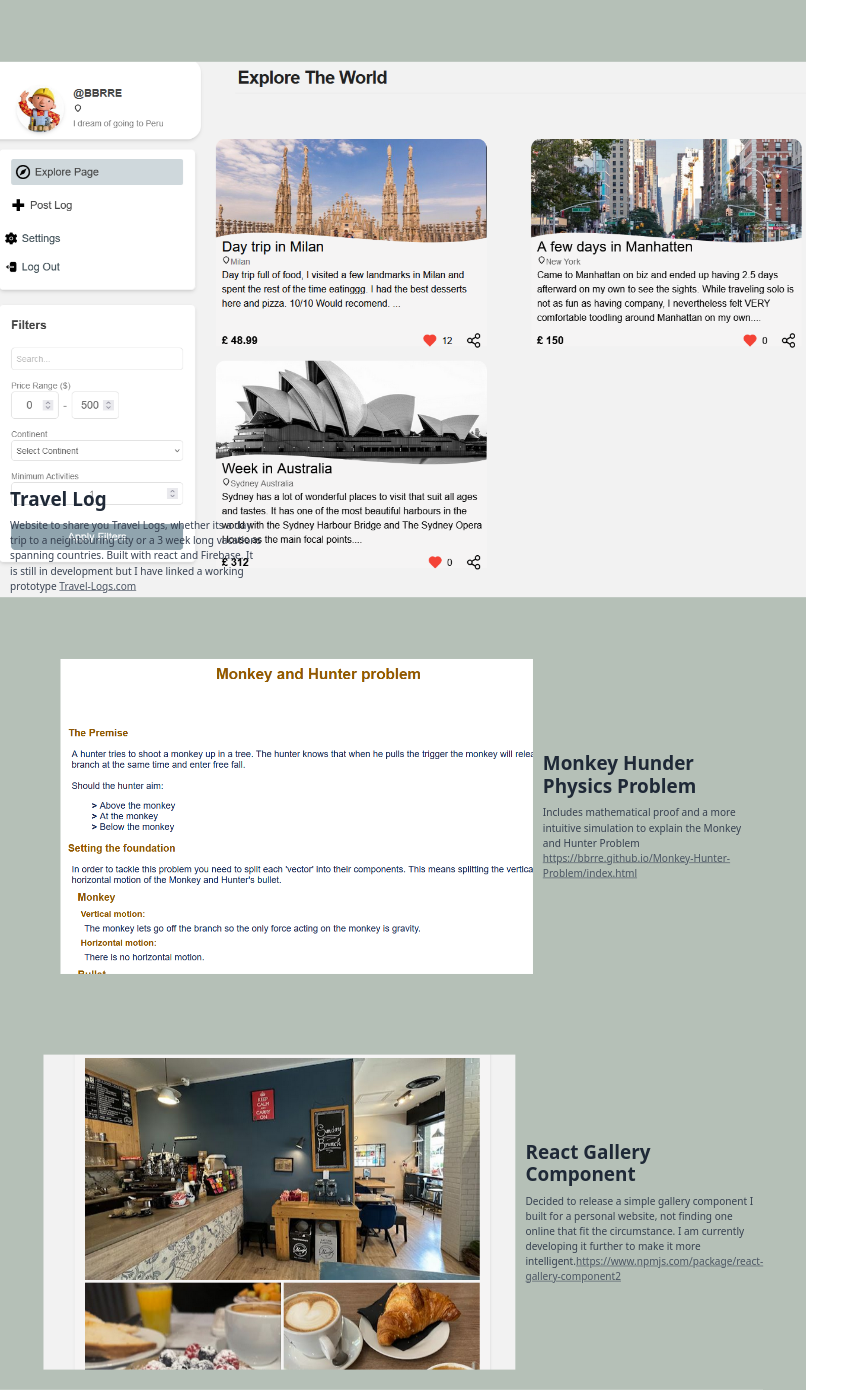
Repository: BBRRE/Portfolio-V2
Page: /#/Computer-Sci
The author's editor kept a copy of each file at every save. The page is drawn from the files as they stood at one save, then again after the next save.
The browser window is 1280 px wide. The page is 1280 px wide, then 1360 px, then 1280 px, so the pictures cover 1360 px, including what lies to the right of the window. The pictures show the whole page, at 63% of full size.
Some web fonts or font styles are not loaded; a fallback is used. The project was rebuilt for these pictures with package versions that can differ from the ones it lists, and the page was loaded fresh each time. Also part of the build but not shown: vite.config.js, src/Subjects/Archi.jsx, src/Subjects/EEng.jsx, src/Subjects/Other.jsx, src/Projects Overview.jsx, src/HomePage.jsx, src/ErrorBoundary.jsx.

Above is the page before, as saved 2024-11-29 09:00:07.

### index.html
<!doctype html>
<html lang="en">
  <head>
    <meta charset="UTF-8" />
    <link rel="icon" type="image/svg+xml" href="src\assets\letter-bb.svg" />
    <link href="https://fonts.googleapis.com/css2?family=Inconsolata&family=Italiana&family=Hubballi&family=Julius+Sans+One&display=swap" rel="stylesheet">
    <link rel="preconnect" href="https://fonts.googleapis.com" />
<link rel="preconnect" href="https://fonts.gstatic.com" crossorigin />
<link
  rel="stylesheet"
  href="https://fonts.googleapis.com/css2?family=Roboto:wght@300;400;500;700&display=swap"
/>
<link
  rel="stylesheet"
  href="https://fonts.googleapis.com/icon?family=Material+Icons"
/>

    <meta name="viewport" content="width=device-width, initial-scale=1.0" />
    <title>Bilaal Bare</title>
  </head>
  <body>
    <div id="root"></div>
    <script type="module" src="/src/main.jsx"></script>
  </body>
</html>

### src/main.jsx
import React from 'react'
import ReactDOM from 'react-dom/client'
import App from './App'
import ErrorBoundary from './ErrorBoundary'
import './index.css'

ReactDOM.createRoot(document.getElementById('root')).render(
  <React.StrictMode>
    <ErrorBoundary>
      <App />
    </ErrorBoundary>
  </React.StrictMode>
)

### src/App.jsx
import { HashRouter as Router, Routes, Route } from 'react-router-dom';
import Archi from './Subjects/Archi.jsx'
import CompSci from './Subjects/CompSci.jsx'
import EEng from './Subjects/EEng.jsx'
import Other from './Subjects/Other.jsx'
import { HomePage } from './HomePage'
import { useState, useEffect } from 'react'

function App() {
  useEffect(() => {
    console.log('App component mounted')
  }, [])

  return (
    <Router>
        <Routes>
          <Route path="/" element={<HomePage />} />
          <Route path="/Architecture" element={<Archi />} />
          <Route path="/Electronic-Eng" element={<EEng />} />
          <Route path="/Computer-Sci" element={<CompSci />} />
          <Route path="/Other" element={<Other />} />
        </Routes>
    </Router>
  )
}

export default App

### src/index.css
@tailwind base;
@tailwind components;
@tailwind utilities;

@layer utilities {
  .bg-dot-pattern {
    background-image: radial-gradient(circle, rgba(0, 0, 0, 0.2) 1px, transparent 1px);
    background-size: 50px 50px; /* Adjust the spacing here */
  }
}

### src/Subjects/CompSci.jsx
import React from 'react'
import cs from '../assets/aaaa.png'
import ph from '../assets/Monkey.png'
import tr from '../assets/tra.png'

const CompSci = () => {
  return (
    <div className='bg-[#B5C0B7] w-full h-auto min-h-screen grid grid-cols-1'>
      <div className='relative flex md:flex-row flex-col justify-center align-middle mx-auto mt-24'>
        <img src={cs} />
        <div className="absolute left-0 bottom-2 flex flex-col ml-4 gap-3 justify-center">
          <h2 className=" text-left text-xl md:text-2xl lg:text-3xl font-semibold text-gray-800">
            Travel Log
          </h2>
          <p className="text-gray-700 text-sm md:text-base leading-relaxed max-w-[400px]">
            Website to share you Travel Logs, whether its a day trip to a neighbouring city or a 3 week long vacations spanning countries. Built with react
            and Firebase. It is still in development but I have linked a working prototype <a href="https://Travel-Logs.com/" className='underline text-gray-600'>Travel-Logs.com</a>
          </p>
        </div>
      </div>

      <div className='flex md:flex-row flex-col justify-center align-middle w-[85%] h-[500px] mx-auto mt-24 mb-8'>
        <img src={ph} />
        <div className="flex flex-col ml-4 gap-3 justify-center">
          <h2 className=" text-left text-xl md:text-2xl lg:text-3xl font-semibold text-gray-800">
            Monkey Hunder Physics Problem
          </h2>
          <p className="text-gray-700 text-sm md:text-base leading-relaxed max-w-[400px]">
            Includes mathematical proof and a more intuitive simulation to explain the Monkey and Hunter Problem  <a href="https://bbrre.github.io/Monkey-Hunter-Problem/index.html" className='underline text-gray-600'>https://bbrre.github.io/Monkey-Hunter-Problem/index.html</a>
          </p>
        </div>
      </div>

      <div className='flex md:flex-row flex-col justify-center align-middle w-[85%] h-[500px] mx-auto mt-24 mb-8'>
        <img src={tr} />
        <div className="flex flex-col ml-4 gap-3 justify-center">
          <h2 className=" text-left text-xl md:text-2xl lg:text-3xl font-semibold text-gray-800">
            React Gallery Component
          </h2>
          <p className="text-gray-700 text-sm md:text-base leading-relaxed max-w-[400px]">
            Decided to release a simple gallery component I built for a personal website, not finding one online that fit the circumstance. I am currently developing it further to make it more intelligent.<a href="https://www.npmjs.com/package/react-gallery-component2" className='underline text-gray-600'>https://www.npmjs.com/package/react-gallery-component2</a>
          </p>
        </div>
      </div>

    </div>
  )
}

export default CompSci

### tailwind.config.js
/** @type {import('tailwindcss').Config} */
export default {
    darkMode: ["class"],
    content: ["index.css",
  "./src/**/*.{js,ts,jsx,tsx}",],
  theme: {
  	extend: {
  		backgroundImage: {
  			noise: "url('/src/assets/nnnoise.svg')",
  			undulate: "url('/src/assets/uuundulate.svg')"
  		},
  		fontFamily: {
  			inconsolata: ['Inconsolata', 'monospace'],
  			italiana: ['Italiana', 'serif'],
  			hubballi: ['Hubballi', 'cursive'],
  			julius: ['Julius Sans One"', 'sans-serif']
  		},
      keyframes: {
        fadeIn: {
          '0%': { opacity: '0' },
          '100%': { opacity: '1' },
        },
      }
  	}
  }
}

After the next save:
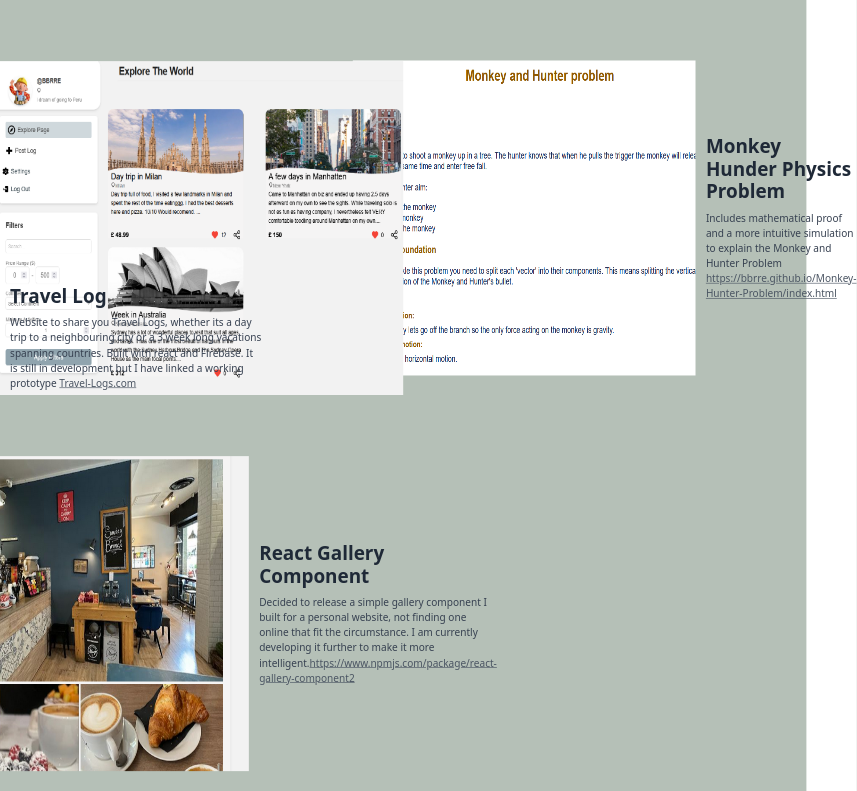
Saved 17 s later.
--- a/src/Subjects/CompSci.jsx
+++ b/src/Subjects/CompSci.jsx
@@ -5,7 +5,7 @@
 
 const CompSci = () => {
   return (
-    <div className='bg-[#B5C0B7] w-full h-auto min-h-screen grid grid-cols-1'>
+    <div className='bg-[#B5C0B7] w-full h-auto min-h-screen grid grid-cols-2'>
       <div className='relative flex md:flex-row flex-col justify-center align-middle mx-auto mt-24'>
         <img src={cs} />
         <div className="absolute left-0 bottom-2 flex flex-col ml-4 gap-3 justify-center">

After the save that followed:
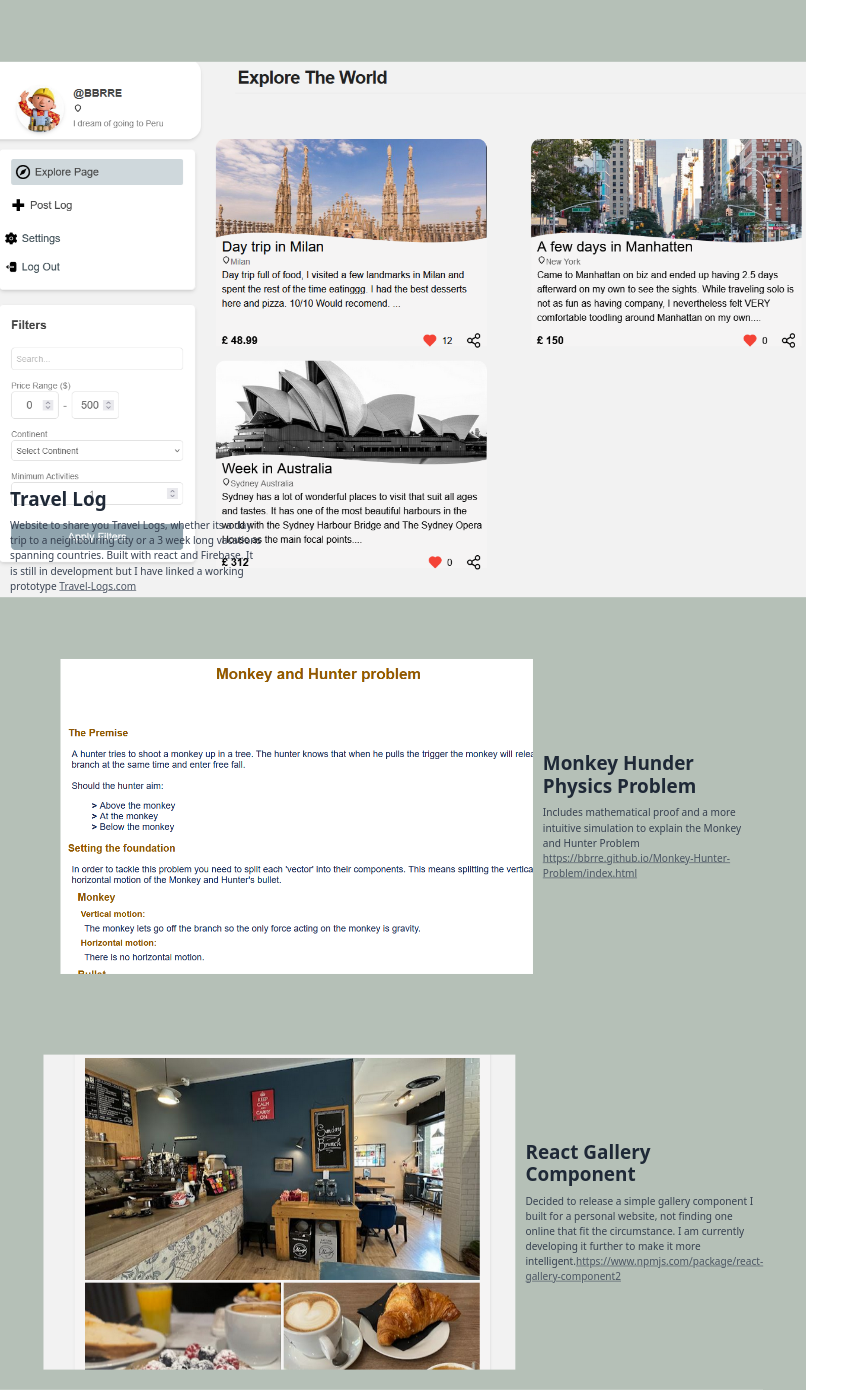
Saved 8 s later.
--- a/src/Subjects/CompSci.jsx
+++ b/src/Subjects/CompSci.jsx
@@ -5,7 +5,7 @@
 
 const CompSci = () => {
   return (
-    <div className='bg-[#B5C0B7] w-full h-auto min-h-screen grid grid-cols-2'>
+    <div className='bg-[#B5C0B7] w-full h-auto min-h-screen grid grid-cols-1'>
       <div className='relative flex md:flex-row flex-col justify-center align-middle mx-auto mt-24'>
         <img src={cs} />
         <div className="absolute left-0 bottom-2 flex flex-col ml-4 gap-3 justify-center">
